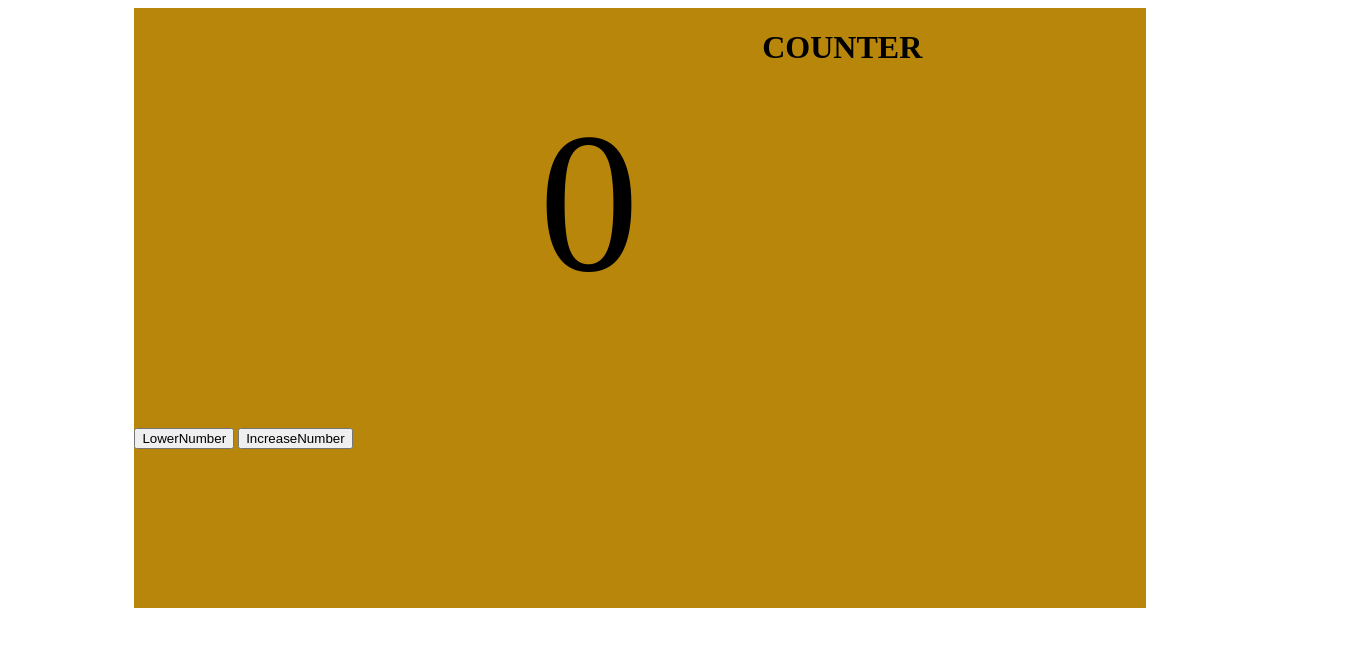
Repository: Sgalstyan06/counterNum
Page: index.html
An editor plug-in stored every save of this project. The page is shown before and after the next save, followed by the edit.
The browser window is 1280 px wide. The page is 1348 px wide, so the pictures cover 1348 px, including what lies to the right of the window. The pictures show the whole page.

Above is the page before, as saved 2022-02-14 16:55:39.

### index.html
<!DOCTYPE html>
<html lang="en">
<head>
    <meta charset="UTF-8">
    <meta http-equiv="X-UA-Compatible" content="IE=edge">
    <meta name="viewport" content="width=device-width, initial-scale=1.0">
    <title>Document</title>
    <link rel="stylesheet" href="./style.css">
</head>
<body>
    <div class="main">
        <div><h1>COUNTER</h1></div>

        <div class="result">0</div>
        <div class="buttons">
            <button class="LowerNumber">LowerNumber</button>
            <button class="IncreaseNumber">IncreaseNumber</button>
        </div>
    </div>
    <script src="./script.js"></script>
</body>
</html>

### style.css
.main{
    width: 80%;
    height: 600px;
    margin: 0 auto;
    background-color: darkgoldenrod;
    display: flex;
    flex-direction: column;
}
h1{
    text-align: center;
   padding-left: 40%;
}

.result{
    width: 80%;
    height: 340px;
    font-size: 200px;
    padding-left: 40%;
}

Loaded but not shown: script.js (no stored copy; drawn as an empty file)

After the next save:
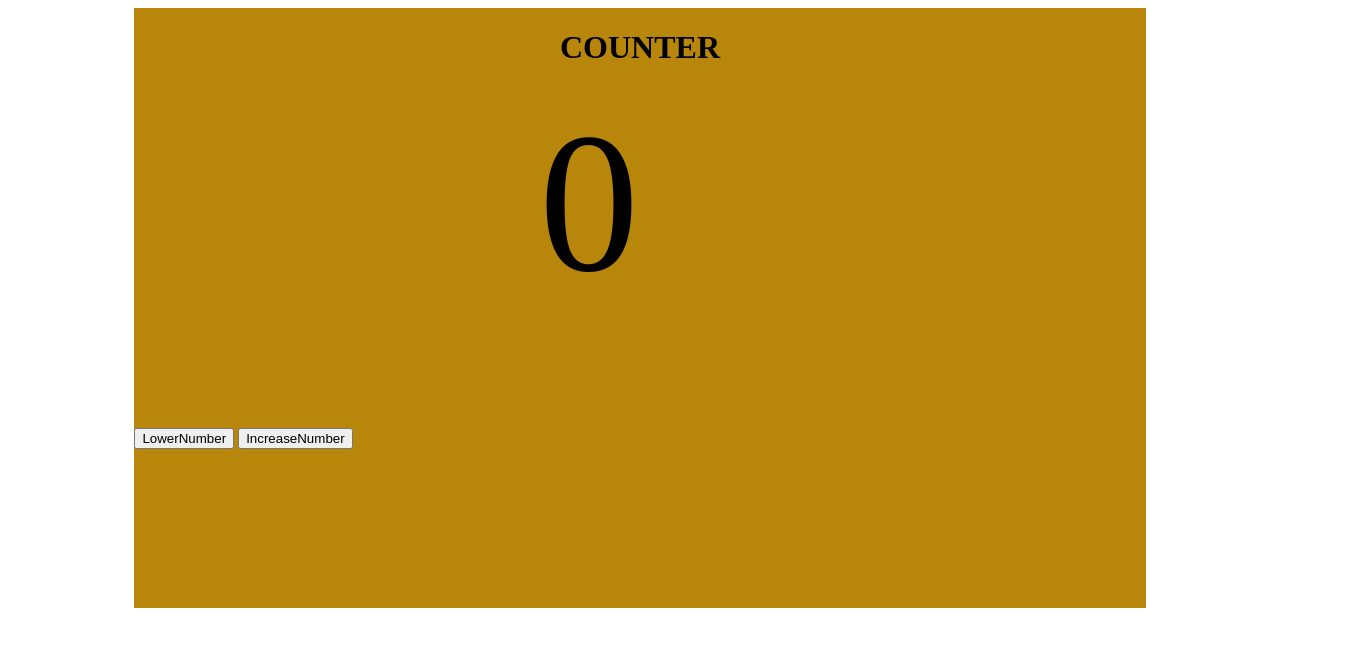
Saved 5 s later.
--- a/style.css
+++ b/style.css
@@ -8,7 +8,7 @@
 }
 h1{
     text-align: center;
-   padding-left: 40%;
+   /* padding-left: 40%; */
 }
 
 .result{
